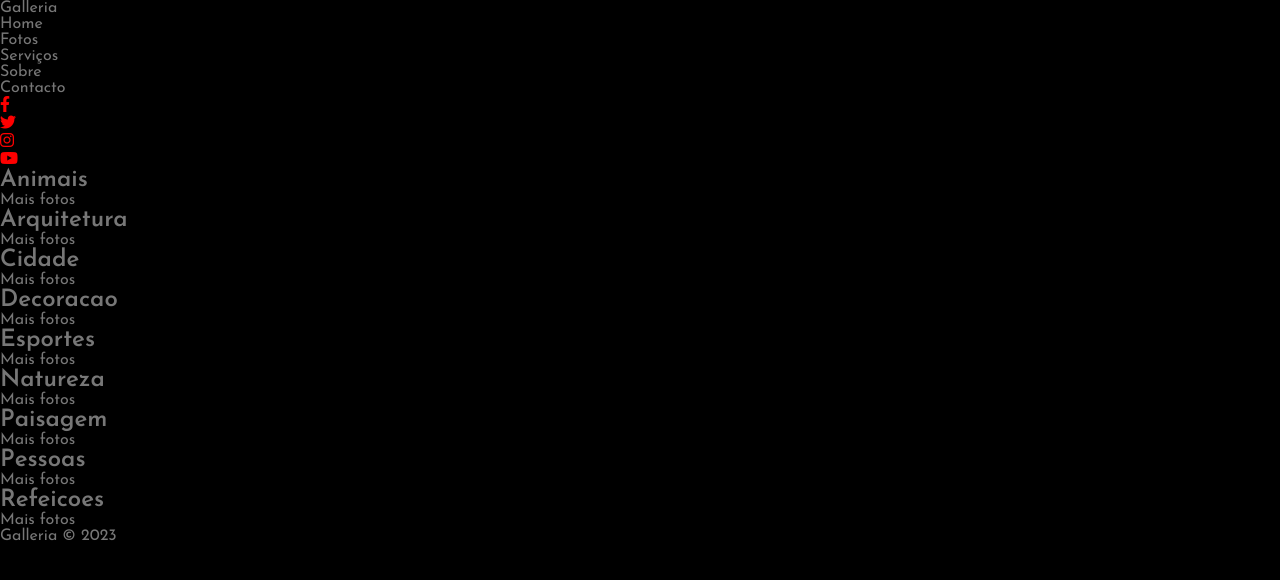
Repository: AghastyGD/gallery-sass
Page: index.html
These files come from the project's save history. The page is drawn as it stood at one moment and after the next save; the edit follows.
The browser window is 1280 px wide. The pictures show the whole page.
The style sheet was rebuilt from its Sass, Less or Tailwind sources for each picture, by a compiler version that may differ from the author's.

Above is the page before, as saved 2023-10-13 18:04:23.

### index.html
<!DOCTYPE html>
<html lang="en">
<head>
    <meta charset="UTF-8">
    <meta http-equiv="X-UA-Compatible" content="IE=edge">
    <meta name="viewport" content="width=device-width, initial-scale=1.0">

    <title>Galleria</title>
    <link rel="stylesheet" href="css/styles.css">
    <link rel="preconnect" href="https://fonts.googleapis.com">
    <link rel="preconnect" href="https://fonts.gstatic.com" crossorigin>
    <link href="https://fonts.googleapis.com/css2?family=Josefin+Sans:ital,wght@0,200;0,400;0,500;0,600;1,100;1,200;1,300;1,400;1,500;1,600;1,700&display=swap" rel="stylesheet">
    <link rel="stylesheet" href="https://cdnjs.cloudflare.com/ajax/libs/font-awesome/6.4.2/css/all.min.css" integrity="sha512-z3gLpd7yknf1YoNbCzqRKc4qyor8gaKU1qmn+CShxbuBusANI9QpRohGBreCFkKxLhei6S9CQXFEbbKuqLg0DA==" crossorigin="anonymous" referrerpolicy="no-referrer" />
</head>
<body>
    <header class="header">
        <a href="" class="header-brand">Galleria</a>
        <nav class="header-navbar">
            <ul>
                <li>
                    <a href="#" class="active">Home</a>
                </li>
                <li>
                    <a href="#">Fotos</a>
                </li>
                <li>
                    <a href="#">Serviços</a>
                </li>
                <li>
                    <a href="#">Sobre</a>
                </li>
                <li>
                    <a href="#">Contacto</a>
                </li>
            </ul>
        </nav>
        <div class="header-social-media">
            <ul>
                <li>
                    <a href="#">
                        <i class="fab fa-facebook-f"></i>
                    </a>
                </li>
                <li>
                    <a href="#">
                        <i class="fab fa-twitter"></i>
                    </a>
                </li>
                <li>
                    <a href="#">
                        <i class="fab fa-instagram"></i>
                    </a>
                </li>
                <li>
                    <a href="#">
                        <i class="fab fa-youtube"></i>
                    </a>
                </li>
            </ul>
        </div>
    </header>
    <main>
        <div class="gallery">
            <div class="gallery-card" id="card-1">
                <h2 class="gallery-card-title">Animais</h2>
                <a href="" class="gallery-card-btn">Mais fotos</a>
            </div>
            <div class="gallery-card" id="card-2">
                <h2 class="gallery-card-title">Arquitetura</h2>
                <a href="" class="gallery-card-btn">Mais fotos</a>
            </div>
            <div class="gallery-card" id="card-3">
                <h2 class="gallery-card-title">Cidade</h2>
                <a href="" class="gallery-card-btn">Mais fotos</a>
            </div>
            <div class="gallery-card" id="card-4">
                <h2 class="gallery-card-title">Decoracao</h2>
                <a href="" class="gallery-card-btn">Mais fotos</a>
            </div>
            <div class="gallery-card" id="card-5">
                <h2 class="gallery-card-title">Esportes</h2>
                <a href="" class="gallery-card-btn">Mais fotos</a>
            </div>
            <div class="gallery-card" id="card-6">
                <h2 class="gallery-card-title">Natureza</h2>
                <a href="" class="gallery-card-btn">Mais fotos</a>
            </div>
            <div class="gallery-card" id="card-7">
                <h2 class="gallery-card-title">Paisagem</h2>
                <a href="" class="gallery-card-btn">Mais fotos</a>
            </div>
            <div class="gallery-card" id="card-8">
                <h2 class="gallery-card-title">Pessoas</h2>
                <a href="" class="gallery-card-btn">Mais fotos</a>
            </div>
            <div class="gallery-card" id="card-9">
                <h2 class="gallery-card-title">Refeicoes</h2>
                <a href="" class="gallery-card-btn">Mais fotos</a>
            </div>
        </div>
    </main>
    <footer>
        <p><span>Galleria</span> &copy; 2023</p>
    </footer>

</body>
</html>

### sass/styles.sass
@use 'variables'

*
  font-family: 'Josefin Sans'
  padding: 0
  margin: 0
  box-sizing: border-box


i
  color: red
body
  background-color: variables.$bg-color
  color: variables.$text-color

  a
    color: variables.$text-color
    text-decoration: none
    transition: .4s

### sass/_variables.sass
$primary-color: #FFF
$secondary-color: #20C997
$text-color: #777
$bg-color: #000
$container-width: 1170px

After the next save:
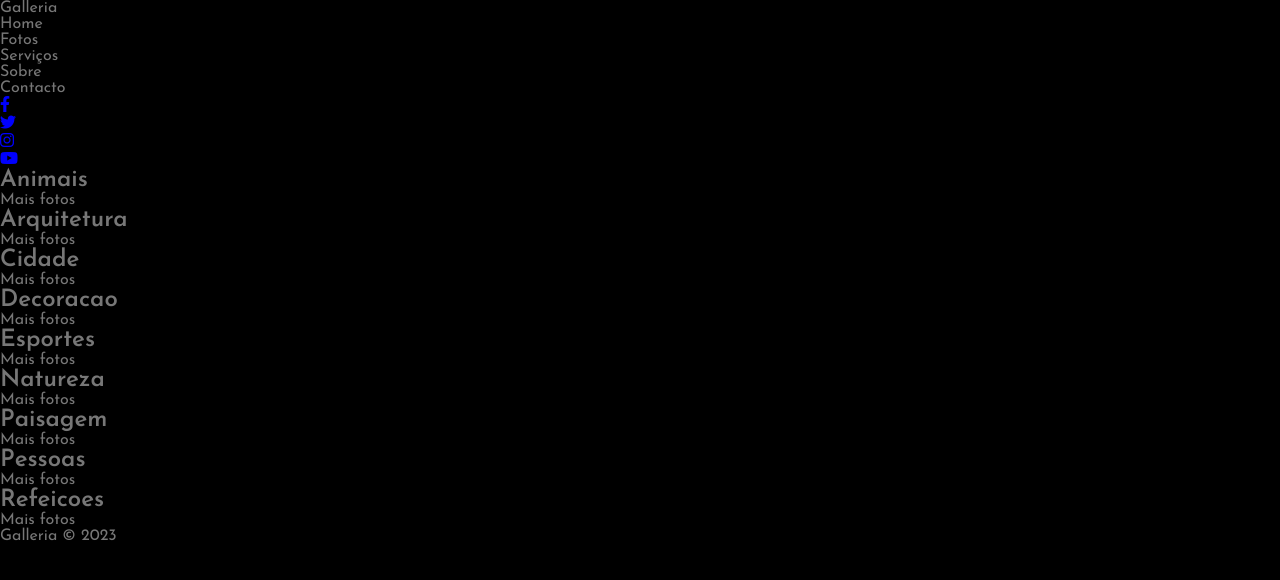
Saved 15 s later.
--- a/sass/styles.sass
+++ b/sass/styles.sass
@@ -17,3 +17,6 @@ body
     color: variables.$text-color
     text-decoration: none
     transition: .4s
+
+  i
+    color: blue
